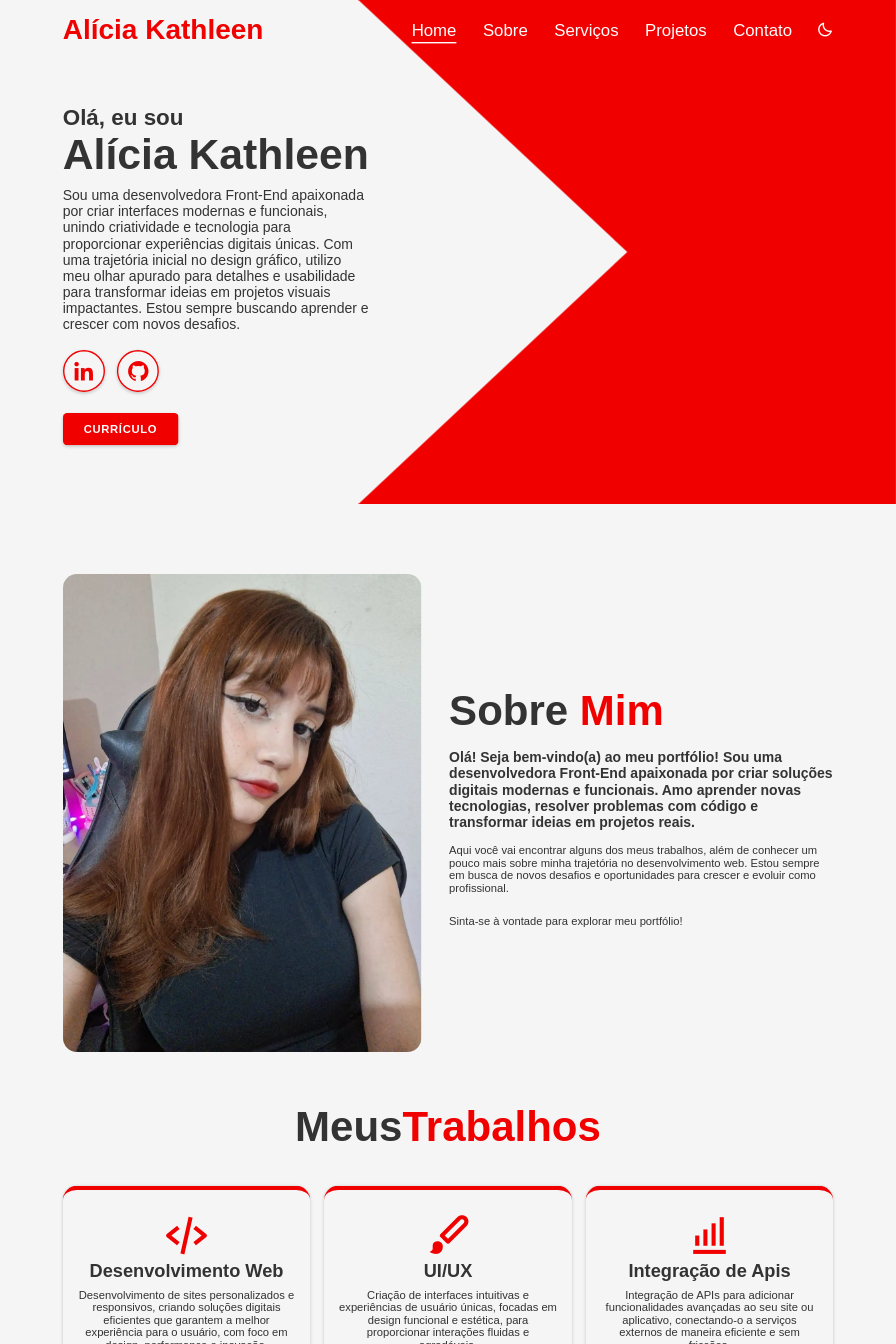
Repository: AliciaKathleen/portfolio-2025
Page: index.html
These files come from the project's save history. The page is drawn as it stood at one moment and after the next save; the edit follows.
The browser window is 1280 px wide. The pictures show the part of the page from y = 0 to 1920 px (the page is 3946 px tall), at 70% of full size.

Above is the page before, as saved 2025-01-27 16:51:08.
Console error: TypeError: Cannot read properties of null (reading 'classList')

After the next save:
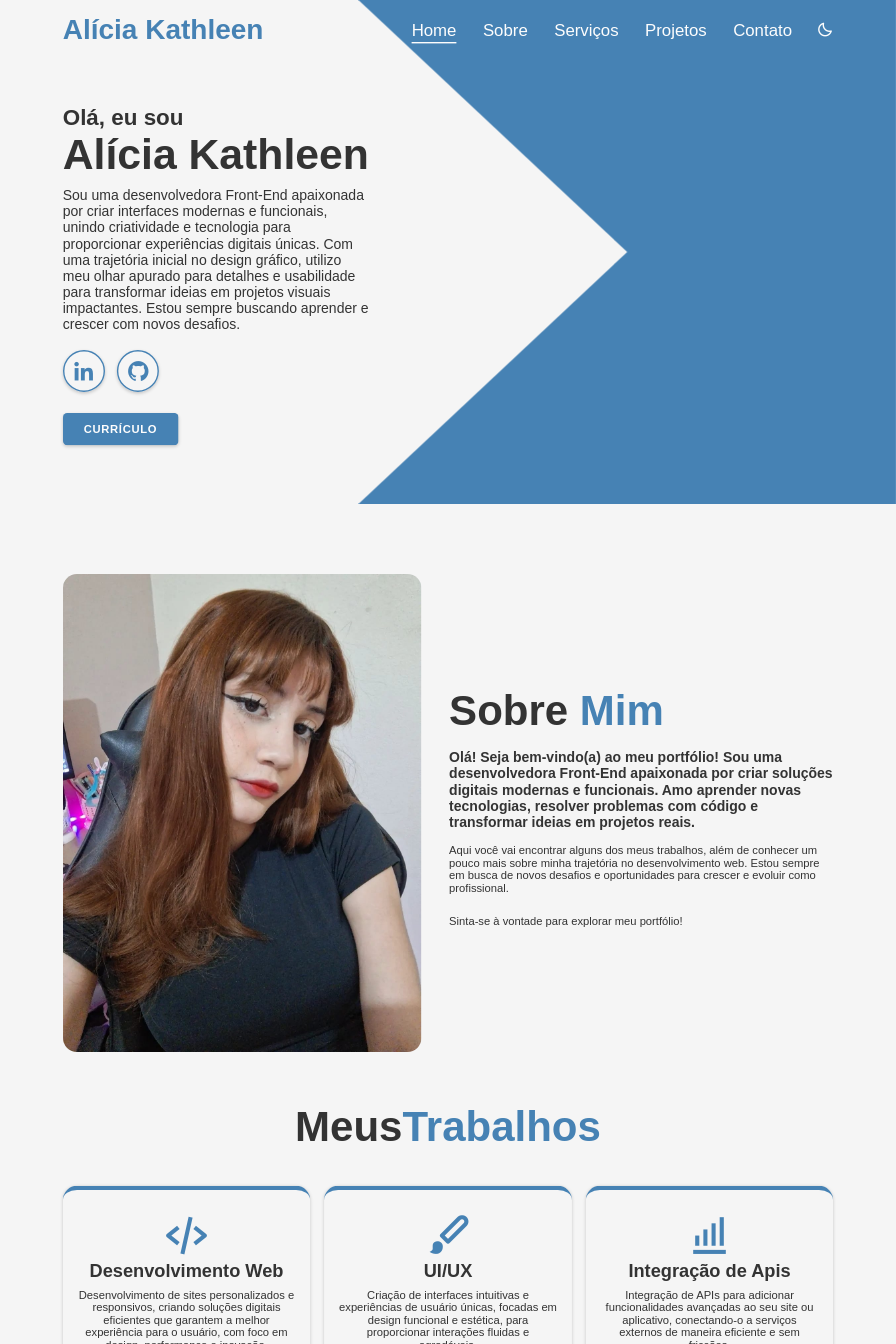
Saved 47 s later.
--- a/style.css
+++ b/style.css
@@ -12,7 +12,7 @@
 :root {
     --bg-color: #F5F5F5;
     --text-color: #333333;
-    --main-color: #f10000;
+    --main-color: #4682B4;
     --white-color: #fdfdfd;
     --shadow-color: rgba(0, 0, 0, .2);
 }
